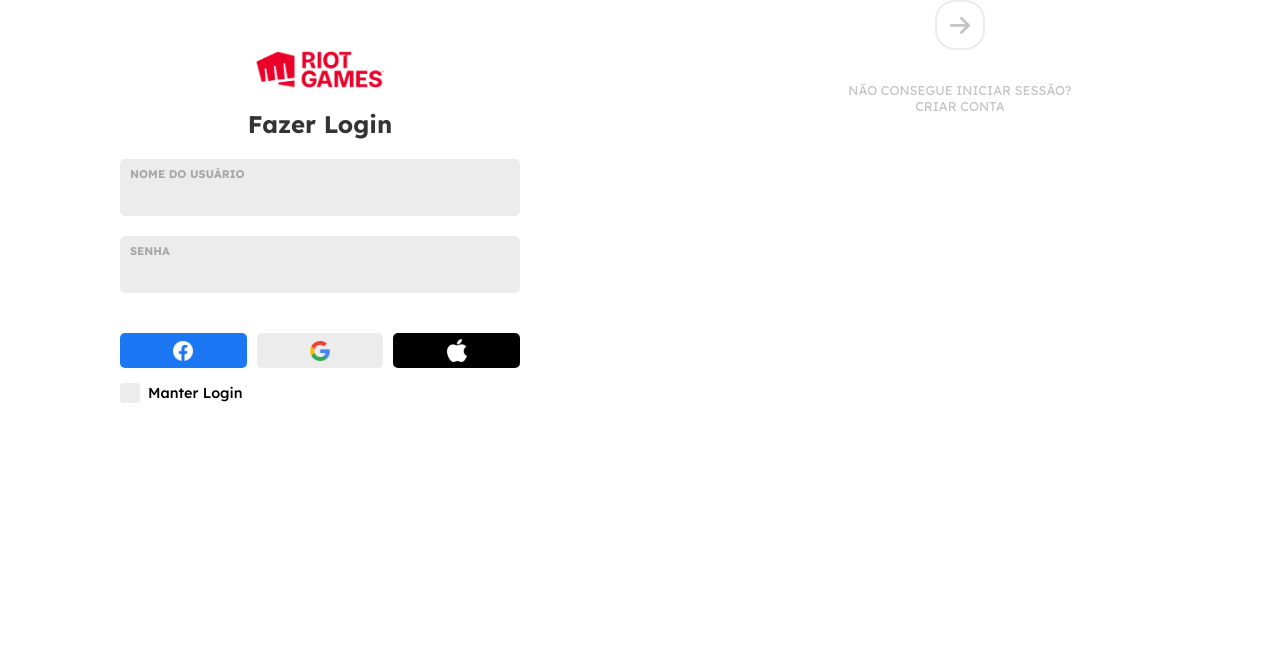
Repository: guilhermecardoso93/lolpage
Page: index.html
These files come from the project's save history. The page is drawn as it stood at one moment and after the next save; the edit follows.
The browser window is 1280 px wide. The pictures show the whole page.

Above is the page before, as saved 2022-06-11 22:13:34.

### index.html
<!DOCTYPE html>
<html lang="pt-BR">
  <head>
    <meta charset="UTF-8" />
    <meta http-equiv="X-UA-Compatible" content="IE=edge" />
    <link rel="shortcut icon" href="favicon.ico" type="image/x-icon" />
    <meta name="viewport" content="width=device-width, initial-scale=1.0" />
    <link rel="stylesheet" href="./style.css" />
    <title>League of Legends - Login</title>
  </head>
  <body>
    <main>
      <div class="wrapper">
      <section class="login">
        <img src="./assets/logo.png" alt="Logo Riot Games" class="login_logo" />
        <h1 class="login_title">Fazer Login</h1>
        <label for="" class="login_label">
          <span class="span-active">nome do usuário</span>
          <input type="text" name="username" class="input" />
        </label>
        <label for="" class="login_label">
          <span  class="span-active">senha</span>
          <input type="password" name="password" class="input" />
        </label>
        <div class="login_icons">
          <button type="button" class="icons_button">
            <img src="./assets/facebook-icon.png" alt="facebook" />
          </button>
          <button type="button" class="icons_button">
            <img src="./assets/google-icon.png" alt="google" />
          </button>
          <button type="button" class="icons_button">
            <img src="./assets/apple-icon.png" alt="apple" />
          </button>
        </div>
        <label for="" class="login_label--checkbox">
          <input type="checkbox" class="input--checkout" />
          Manter Login
        </label>
      </div>
      <div class="wrapper">
          <button type="button" class="login__button" disabled>
            <svg xmlns="http://www.w3.org/2000/svg" viewBox="0 0 448 512">
              <path d="M438.6 278.6l-160 160C272.4 444.9 264.2 448 256 448s-16.38-3.125-22.62-9.375c-12.5-12.5-12.5-32.75 0-45.25L338.8 288H32C14.33 288 .0016 273.7 .0016 256S14.33 224 32 224h306.8l-105.4-105.4c-12.5-12.5-12.5-32.75 0-45.25s32.75-12.5 45.25 0l160 160C451.1 245.9 451.1 266.1 438.6 278.6z"/>
            </svg>
          </button>

          <a href="#" class="login__link">não consegue iniciar sessão?</a>
          <a href="#" class="login__link">criar conta</a>
      </div>
      </section>
      <section class="wallpaper"></section>
    </main>
  </body>
  <script src="./script.js"></script>
</html>

### style.css
@import url("https://fonts.googleapis.com/css2?family=Lexend+Deca:wght@300;400;500;600;700&display=swap");

* {
  margin: 0;
  padding: 0;
  box-sizing: border-box;
  font-family: "Lexend Deca", sans-serif;
}

:root {
  --white: #fff;
  --whitesmoke: #f9f9f9;
  --light-grey: #ececec;
  --grey: #c4c4c4;
  --medium-grey: #a7a7a7;
  --deep-grey: #343434;
  --black: #000000;
  --blue: #1b77f3;
  --red: #ea0028;
}

main {
  display: flex;
}

.login {
  display: flex;
  flex-direction: column;
  align-items: center;
  justify-content: space-between;
  padding: clamp(35px, 8%, 50px);
  width: 100%;
  max-width: 500px;
  min-height: 40vh;
}

.login_logo {
  width: 130px;
  margin-bottom: 20px;
}

.login_title {
  color: var(--deep-grey);
  font-size: 1.5rem;
  margin-bottom: 20px;
}

.login_label {
  display: block;
  margin-bottom: 20px;
  width: 100%;
}

.input {
  width: 100%;
  background-color: var(--light-grey);
  border: 2px solid rgba(0, 0, 0, 0);
  border-radius: 5px;
  outline: none;
  font-size: 0.9rem;
  padding: 25px 10px 10px;
  font-weight: 600;
  color: var(--deep-grey);
}

.login_label span {
  position: absolute;
  font-size: 0.8rem;
  font-weight: 700;
  text-transform: uppercase;
  color: var(--medium-grey);
  margin: 20px;
  cursor: text;
  transition: all 200 ease;
}

.input:focus {
  background-color: var(--whitesmoke);
  border: 2px solid var(--deep-grey);
}

.login_label .span-active {
  font-size: 0.7rem;
  margin: 8px 10px;
}

.login_icons {
  display: flex;
  gap: 10px;
  width: 100%;
  margin-top: 20px;
}

.login_icons img {
  width: 20px;
}

.icons_button {
  width: 33%;
  display: flex;
  align-items: center;
  justify-content: center;
  height: 35px;
  border-radius: 5px;
  cursor: pointer;
  border: none;
}

.login_icons .icons_button:nth-child(1) {
  background-color: var(--blue);
}

.login_icons .icons_button:nth-child(2) {
  background-color: var(--light-grey);
}

.login_icons .icons_button:nth-child(3) {
  background-color: var(--black);
}

.login_icons .icons_button:hover {
  opacity: 0.7;
}

.login_label--checkbox {
  width: 100%;
  margin: 15px 0px 50px;
  font-size: 0.9rem;
  font-weight: 500;
  display: flex;
  align-items: center;
}

.input--checkout {
  appearance: none;
  width: 20px;
  height: 20px;
  background-color: var(--light-grey);
  border-radius: 3px;
  margin-right: 8px;
}

.input--checkout:checked {
  background-color: var(--red);
}

.input--checkout:checked:after {
  content: "";
  display: block;
  width: 5px;
  height: 10px;
  border: 3px solid var(--whitesmoke);
  border-width: 0 3px 3px 0;
  transform: rotate(45deg);
  margin: 2px 6px;
}

.wrapper {
  width: 100%;
  display: flex;
  flex-direction: column;
  align-items: center;
  margin-top: 0;
}

.login__button {
  width: 50px;
  height: 50px;
  display: flex;
  align-items: center;
  justify-content: center;
  background-color: var(--red);
  border: none;
  cursor: pointer;
  border-radius: 20px;
  margin-bottom: 2rem;
}

.login__button svg {
  width: 20px;
  fill: white;
}

.login__button:disabled {
  cursor: auto;
  background-color: white;
  border: 2px solid var(--light-grey);
}

.login__button:disabled svg {
  fill: var(--grey);
}

.login__link {
  font-size: 0.8rem;
  text-decoration: none;
  color: var(--grey);
  text-transform: uppercase;
}

.wallpaper {
  width: 100%;
  background-image: url("./assets/wallpaper.jpg");
  background-size: cover;
  background-position: center;
  flex:1;
}

### script.js
const inputActive = document.querySelectorAll(".input");
const button = document.querySelector(".login__button");

const handleFocus = ({ target }) => {
  const span = target.previousElementSibling;
  span.classList.add("span-active");
};

const handleFocusout = ({ target }) => {
  if (target.value == "") {
    const span = target.previousElementSibling;
    span.classList.remove("span-active");
  }
};

const handleChange = () => {
  const [username, password] = inputActive;

  if (username.value && password.value.length >= 8) {
    button.removeAttribute("disabled");
  } else {
    button.setAttribute("disabled", "");
  }
};

inputActive.forEach((input) => input.addEventListener("focus", handleFocus));
inputActive.forEach((input) =>
  input.addEventListener("focusout", handleFocusout)
);
inputActive.forEach((input) => input.addEventListener("input", handleChange));

After the next save:
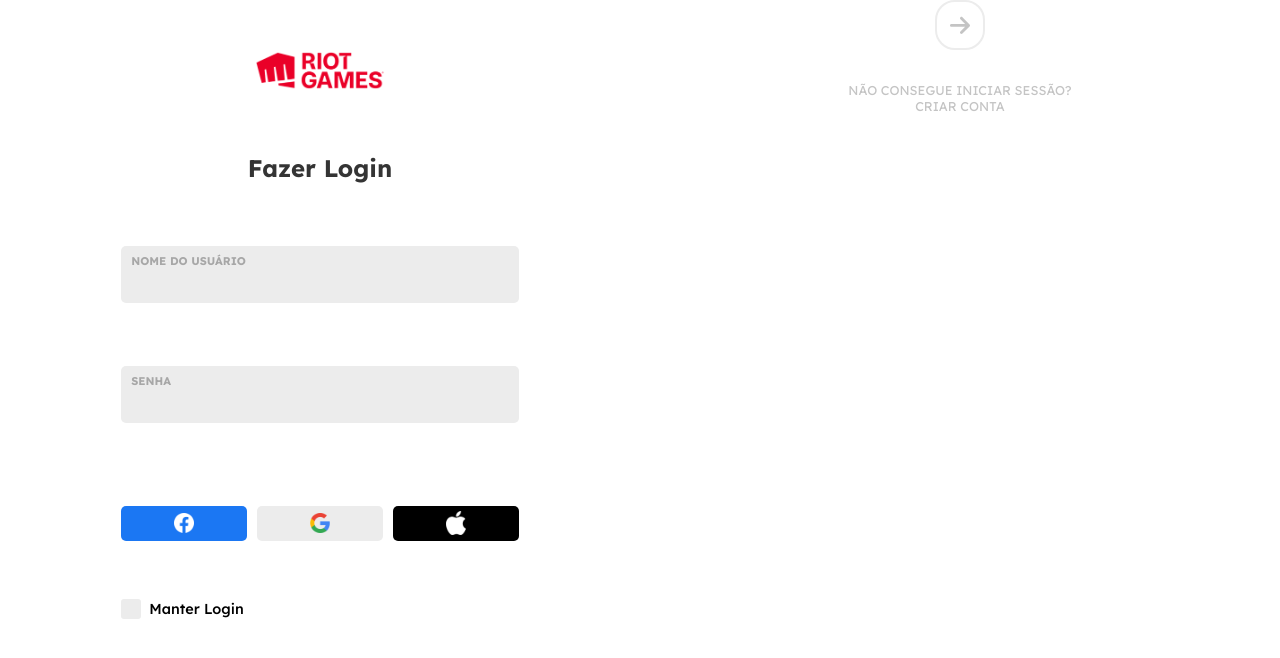
Saved 41 s later.
--- a/style.css
+++ b/style.css
@@ -28,10 +28,11 @@
   flex-direction: column;
   align-items: center;
   justify-content: space-between;
-  padding: clamp(35px, 8%, 50px);
-  width: 100%;
   max-width: 500px;
-  min-height: 40vh;
+  padding: clamp(35px, 8%, 70px);
+  width: 100%;
+
+  min-height: 100vh;
 }
 
 .login_logo {
